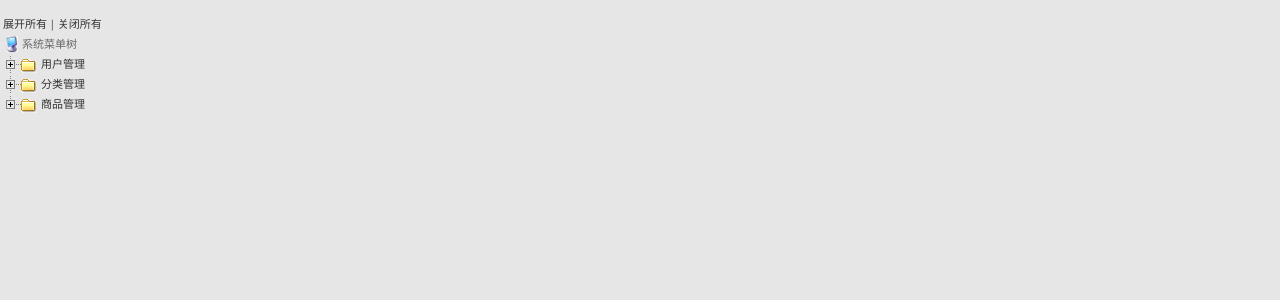
Repository: jjhyb/javaee-study-demo
Page: http://localhost/store_30/admin/left.jsp
The author's editor kept a copy of each file at every save. The page is drawn from the files as they stood at one save, then again after the next save.
The browser window is 1280 px wide. The pictures show the whole page.
The page is served by Tomcat 9.

Above is the page before, as saved 2018-04-11 08:25:59.

After the next save:
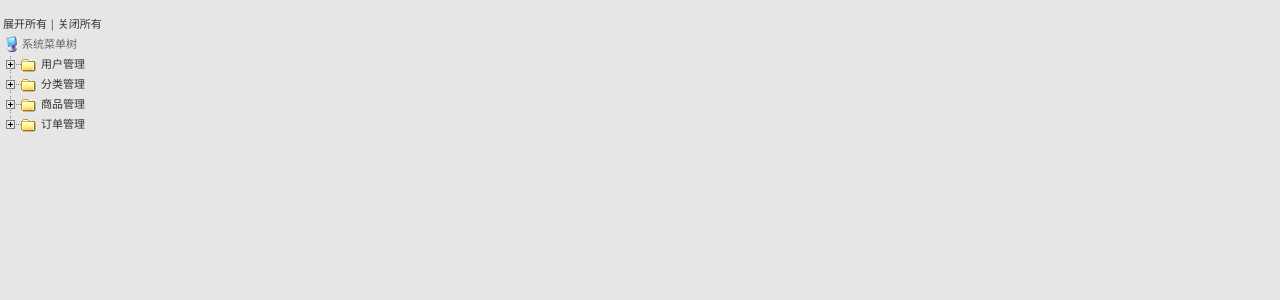
Saved 14 s later.
--- a/store_30/WebContent/admin/left.jsp
+++ b/store_30/WebContent/admin/left.jsp
@@ -30,8 +30,8 @@
 		d.add('010201','0102','分类管理','${pageContext.request.contextPath}/adminCategoryServlet?method=findAll','','mainFrame');
 		d.add('0104','01','商品管理');
 		d.add('010401','0104','商品管理','${pageContext.request.contextPath}/adminProduct_findAll.action?page=1','','mainFrame');
-		/* d.add('0105','01','订单管理');
-		d.add('010501','0105','订单管理','${pageContext.request.contextPath}/adminOrder_findAll.action?page=1','','mainFrame'); */
+		d.add('0105','01','订单管理');
+		d.add('010501','0105','订单管理','${pageContext.request.contextPath}/adminOrder_findAll.action?page=1','','mainFrame');
 		document.write(d);
 
 	</script>
